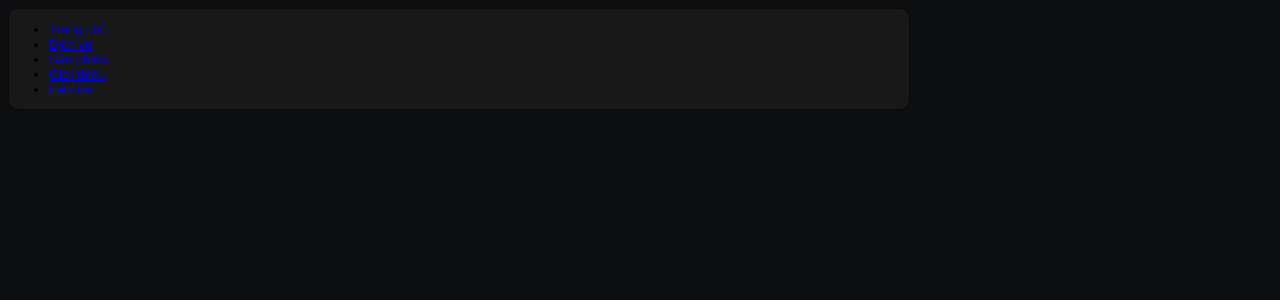
Repository: andytrn0/ElectronJS
Page: GUI/index.html
An editor plug-in stored every save of this project. The page is shown before and after the next save, followed by the edit.
The browser window is 1280 px wide. The pictures show the whole page.

Above is the page before, as saved 2024-10-15 13:58:50.

After the next save:
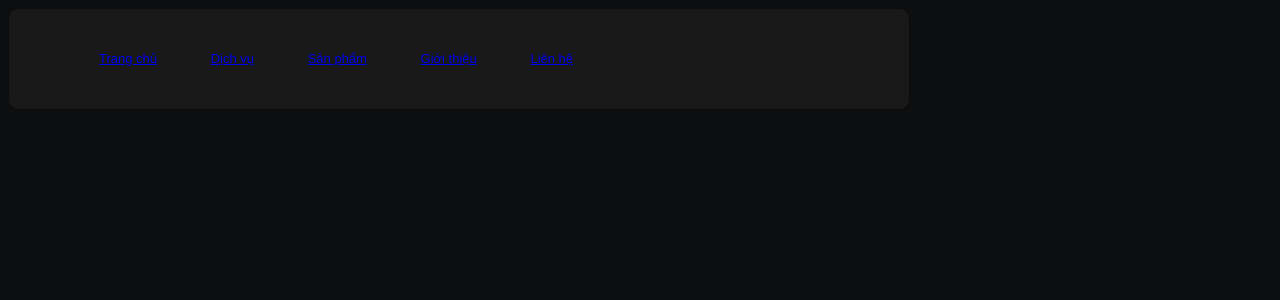
Saved 107 s later.
--- a/CSS/index.css
+++ b/CSS/index.css
@@ -14,3 +14,13 @@
  -moz-border-radius: 10px;
  -webkit-border-radius: 10px;
 }
+#menu ul
+{
+  margin-top:  42px;
+}
+#menu ul li
+{
+  list-style-type: none;
+  display: inline;
+  margin-left: 50px;
+}
